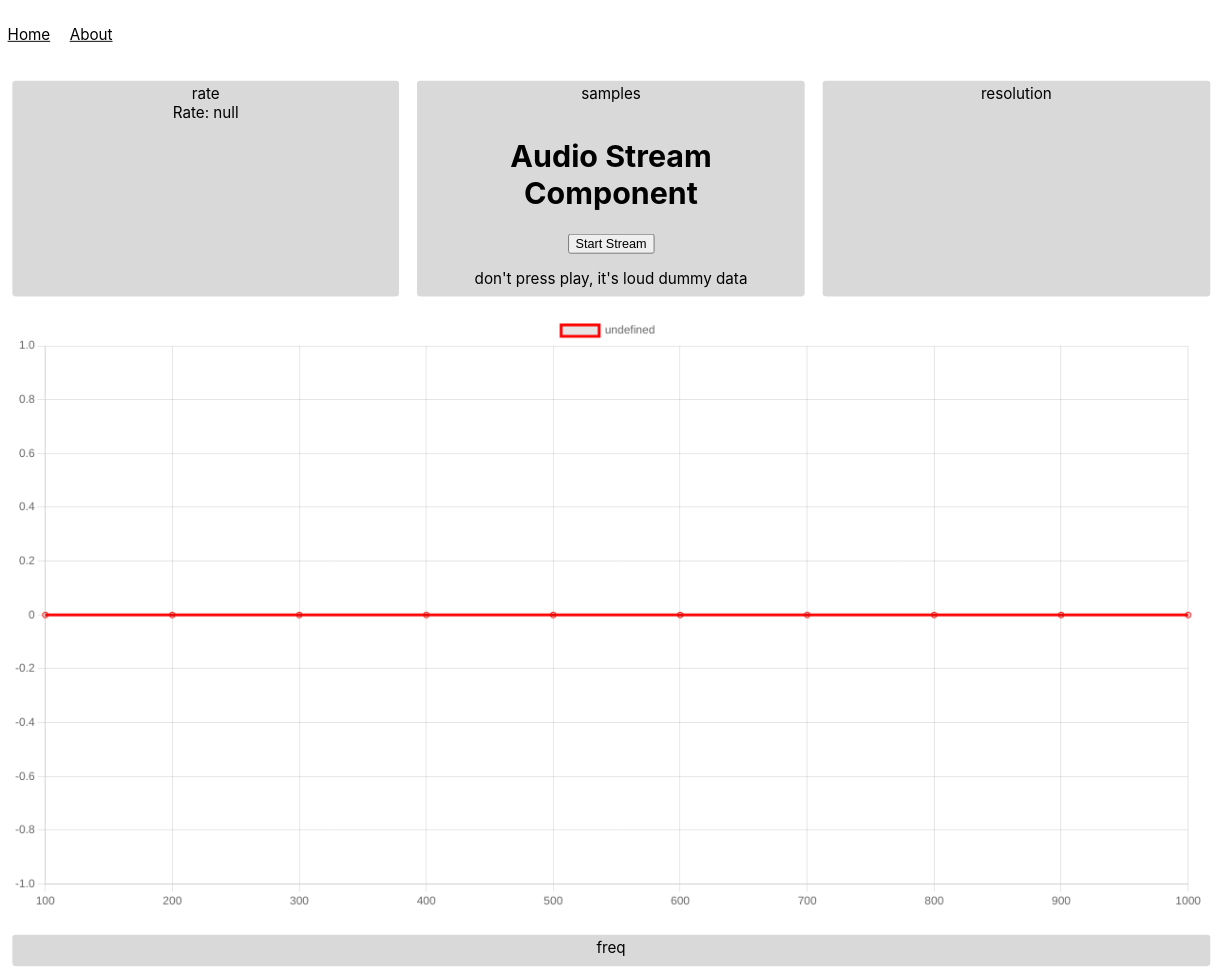
Repository: Sense-Scape/Sensor_Viewer
Page: /
An editor plug-in stored every save of this project. The page is shown before and after the next save, followed by the edit.
The browser window is 1280 px wide. The pictures show the whole page, at 95% of full size.
The page's requests for data from a server got no answer. The project was rebuilt for these pictures with package versions that can differ from the ones it lists, and the page was loaded fresh each time. The framework's server and built-in components were replaced by stand-ins that run in the browser. No one was signed in, and anything a server would have sent is missing. Also part of the build but not shown: svelte.config.js, vite.config.ts.

Above is the page before, as saved 2023-09-20 07:59:52.

After the next save:
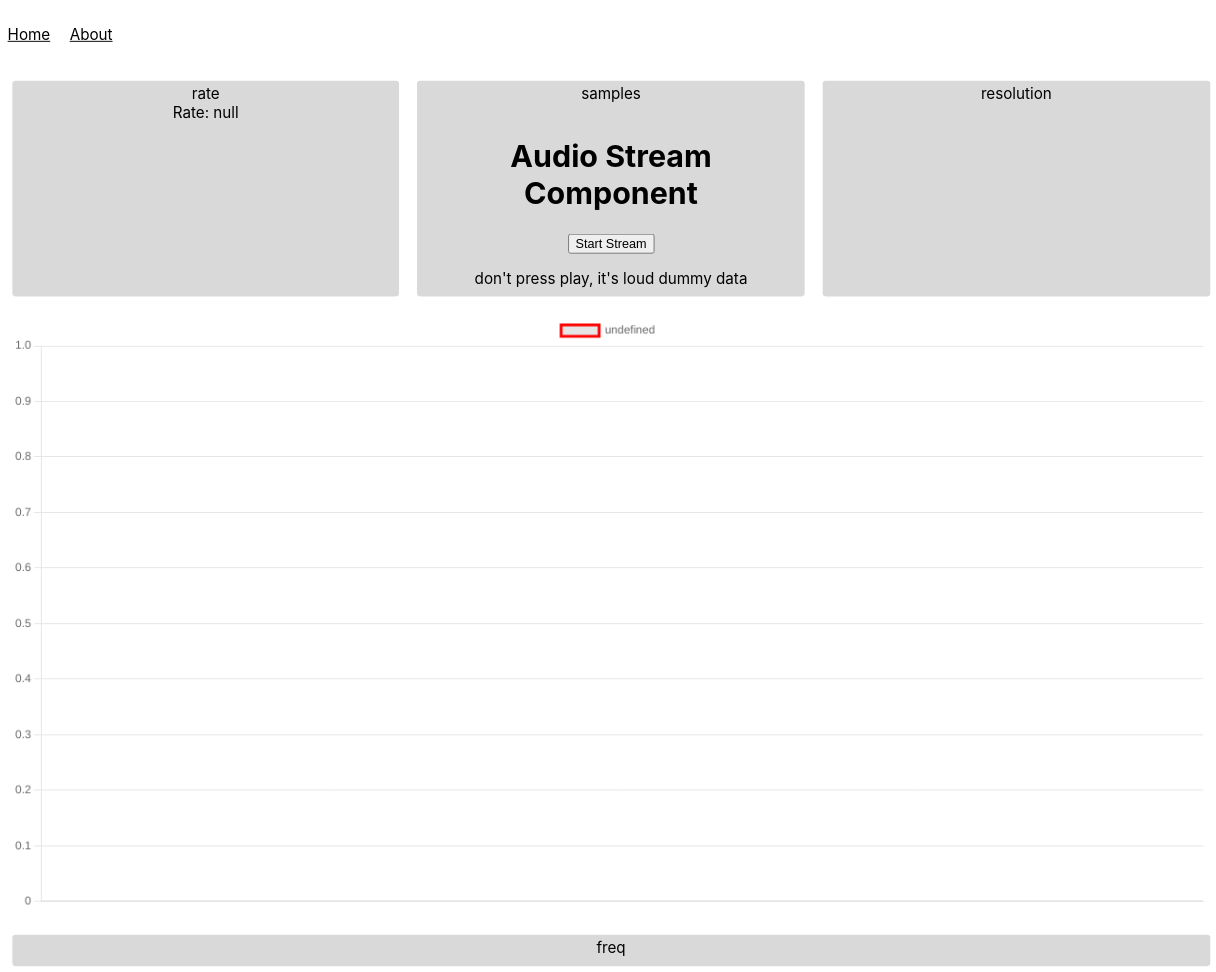
Saved 34 s later.
--- a/src/routes/+page.svelte
+++ b/src/routes/+page.svelte
@@ -18,8 +18,8 @@
 
 	// Setting up of time domain plot
 	let chart;
-	let yValues = [0, 0, 0, 0, 0, 0, 0, 0, 0, 0];
-	let xValues = [100, 200, 300, 400, 500, 600, 700, 800, 900, 1000];
+	let yValues;
+	let xValues;
 	let ctx;
 	let chartCanvas;
 
